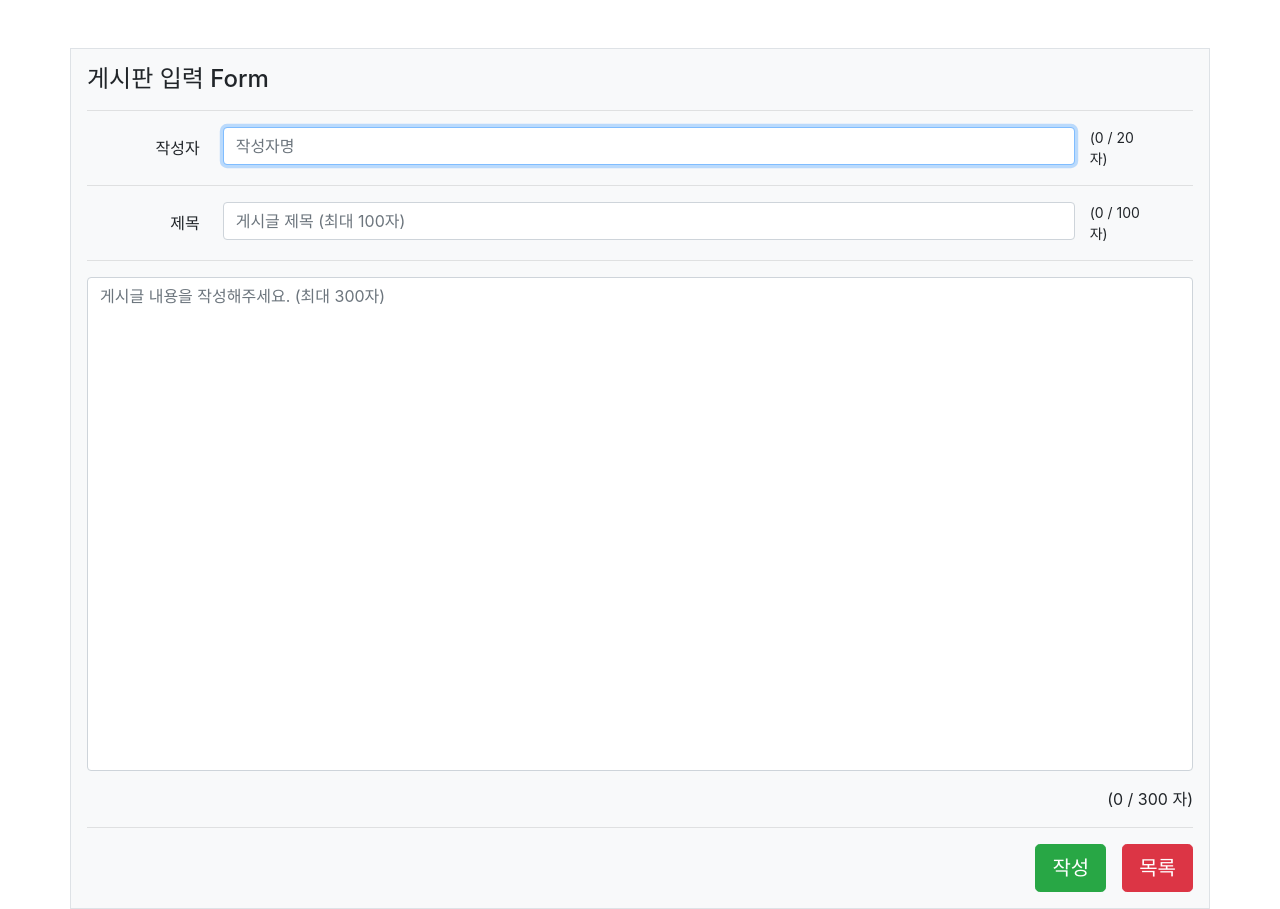
Repository: rasz60/ezen
Page: http://localhost/jspMVC/
The author's editor kept a copy of each file at every save. The page is drawn from the files as they stood at one save, then again after the next save.
The browser window is 1280 px wide. The pictures show the whole page.
Some web libraries are served in a nearby version. The page is served by Tomcat 9.

Above is the page before, as saved 2022-02-15 04:13:47.

After the next save:
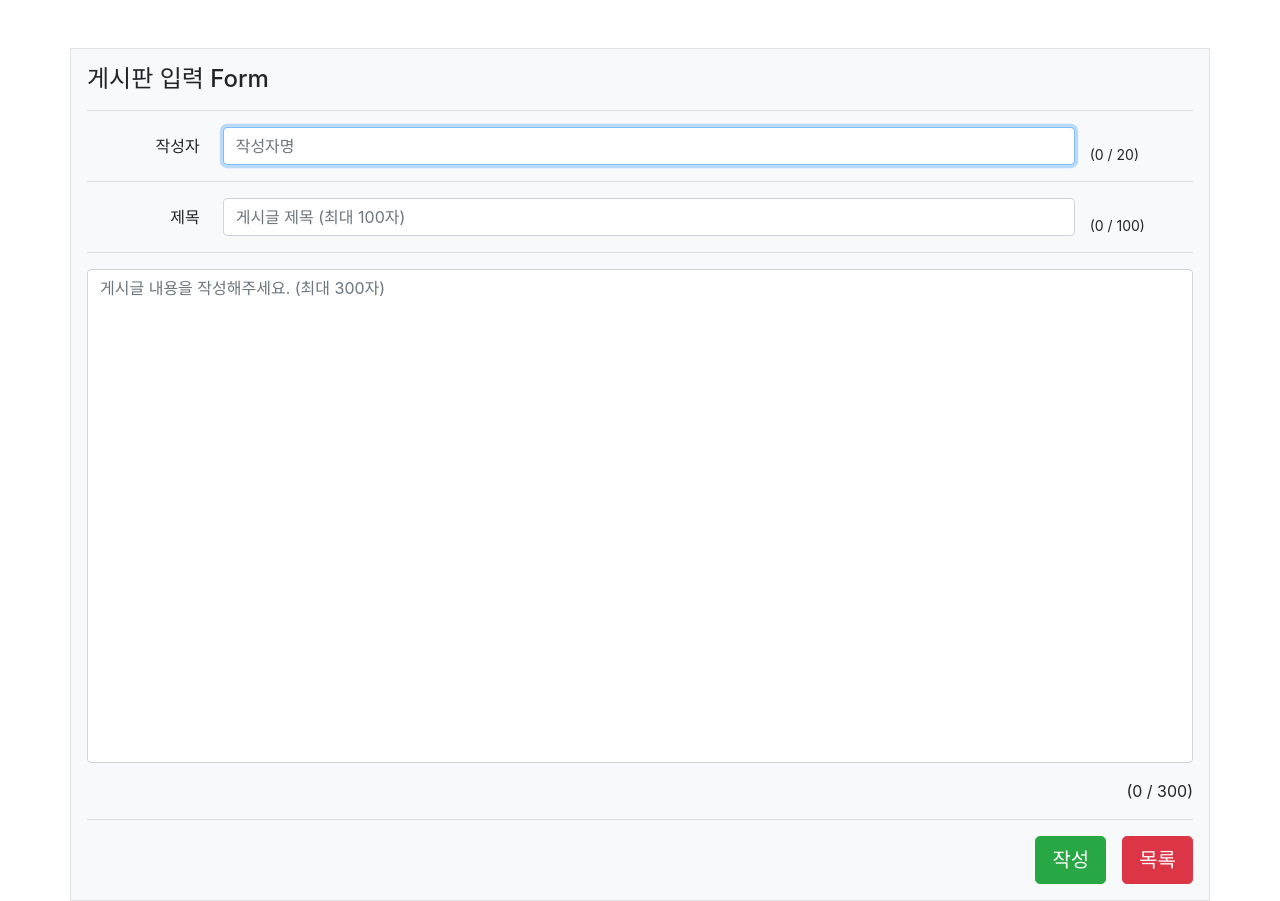
Saved 83 s later.
--- a/04_jsp_servlet-workspace/jspMVC/src/main/webapp/writeForm.jsp
+++ b/04_jsp_servlet-workspace/jspMVC/src/main/webapp/writeForm.jsp
@@ -43,19 +43,19 @@ textarea {
 		<div class="form-group row">
 			<label for="bName" class="col-1 text-right ml-5 mr-2 my-auto" >작성자</label>
 			<input type="text" name="bName" id="bName" class="form-control col-9" autofocus placeholder="작성자명"/>
-			<small class="d-flex col-1 mt-auto" id="bNameCount">(0 / 20 자)</small>
+			<small class="d-flex col-1 mt-auto" id="bNameCount">(0 / 20)</small>
 		</div>
 		<hr />
 		<div class="form-group row">
 			<label for="bTitle" class="col-1 text-right ml-5 mr-2 my-auto">제목</label>
 			<input type="text" name="bTitle" id="bTitle" class="form-control col-9" placeholder="게시글 제목 (최대 100자)"/>
-			<small class="d-flex col-1 mt-auto" id="bTitleCount">(0 / 100 자)</small>
+			<small class="d-flex col-1 mt-auto" id="bTitleCount">(0 / 100)</small>
 		</div>
 		<hr />
 		<div class="form-group text-center">
 			<textarea name="bContent" id="bContent" cols="100" rows="20" class="form-control" placeholder="게시글 내용을 작성해주세요. (최대 300자)"></textarea>
 		</div>
-		<span class="d-flex justify-content-end" id="bContentCount">(0 / 300 자)</span>
+		<span class="d-flex justify-content-end" id="bContentCount">(0 / 300)</span>
 		<hr />
 		<div class="d-flex justify-content-end">
 			<input type="submit" value="작성" class="btn btn-success btn-lg mr-3" onclick="return checkWrite()" />
--- a/04_jsp_servlet-workspace/jspMVC/src/main/webapp/script/board.js
+++ b/04_jsp_servlet-workspace/jspMVC/src/main/webapp/script/board.js
@@ -29,7 +29,7 @@ $(document).ready(function() {
 
 	$("#bName").keyup(function(e) {
 		var content1 = $(this).val();
-		$('#bNameCount').text("(" + content1.length + " / 20자)");
+		$('#bNameCount').text("(" + content1.length + " / 20)");
 		if (content1.length > 20) {
 			alert("최대 20자까지 입력 가능합니다.");
 			$(this).val(content1.substring(0, 20));
@@ -38,7 +38,7 @@ $(document).ready(function() {
 
 	$("#bTitle").keyup(function(e) {
 		var content2 = $(this).val();
-		$('#bTitleCount').text("(" + content2.length + " / 100자)");
+		$('#bTitleCount').text("(" + content2.length + " / 100)");
 		if (content1.length > 100) {
 			alert("최대 100자까지 입력 가능합니다.");
 			$(this).val(content2.substring(0, 100));
@@ -47,7 +47,7 @@ $(document).ready(function() {
 
 	$("#bContent").keyup(function(e) {
 		var content3 = $(this).val();
-		$('#bContentCount').text("(" + content3.length + " / 300자)");
+		$('#bContentCount').text("(" + content3.length + " / 300)");
 		if (content1.length > 300) {
 			alert("최대 300자까지 입력 가능합니다.");
 			$(this).val(content3.substring(0, 300));
